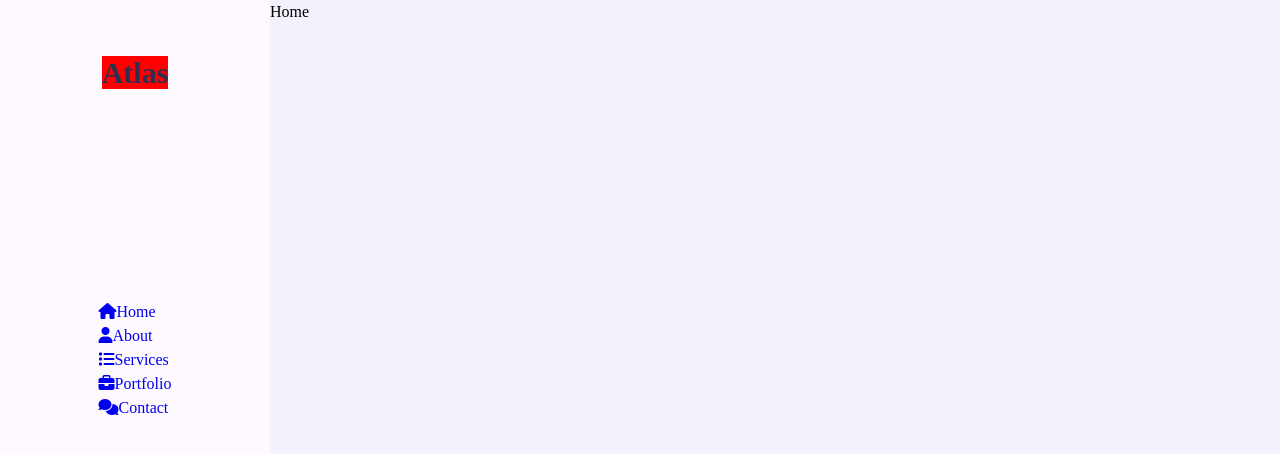
Repository: luanhoang0902/portfolio-ui
Page: index.html
These files come from the project's save history. The page is drawn as it stood at one moment and after the next save; the edit follows.
The browser window is 1280 px wide. The pictures show the whole page.
Some web fonts or font styles are not loaded; a fallback is used. Some web libraries are served in a nearby version.

Above is the page before, as saved 2022-06-02 14:12:30.

### index.html
<!DOCTYPE html>
<html lang="en">
  <head>
    <meta charset="UTF-8" />
    <meta http-equiv="X-UA-Compatible" content="IE=edge" />
    <meta name="viewport" content="width=device-width, initial-scale=1.0" />
    <title>Document</title>

    <!--  ===== CSS Files ===== -->
    <link rel="stylesheet" href="./css/style.css" />
    <link rel="stylesheet" href="./css/skins/color-1.css" />
    <link
      rel="stylesheet"
      href="https://cdnjs.cloudflare.com/ajax/libs/font-awesome/6.1.1/css/all.min.css"
    />
  </head>
  <body>
    <!--  ===== Main Container Start> ===== -->
    <div class="main-container">
      <!--  ===== Aside Start> ===== -->
      <div class="aside">
        <div class="logo">
          <a href="#"><span>A</span>tlas</a>
        </div>
        <ul class="nav">
          <li><a href="#"><i class="fa fa-home" class = "active"></i>Home</a></li>
          <li><a href="#"><i class="fa fa-user"></i>About</a></li>
          <li><a href="#"><i class="fa fa-list"></i>Services</a></li>
          <li><a href="#"><i class="fa fa-briefcase"></i>Portfolio</a></li>
          <li><a href="#"><i class="fa fa-comments"></i>Contact</a></li>
        </ul>
      </div>
      <!--  ===== Aside End> ===== -->
      <!--  ===== Main Content Start> ===== -->
      <div class="main-content">
        <!--  ===== Home Selection Start> ===== -->
        <section class="home section">Home</section>
        <!--  ===== Home Selection End> ===== -->
      </div>
       <!--  ===== Main Content End> ===== -->
    </div>
    <!--  ===== Main Container End> ===== -->
    <!--  ===== JS Files ===== -->
    <script src="js/script.js"></script>
  </body>
</html>

### css/style.css
/* import font chữ vào */
@import url('https://fonts.googleapis.com/css2?family=Clicker+Script&family=Montserrat:ital,wght@1,100&family=Poppins:ital,wght@0,200;0,300;0,400;0,500;1,600&display=swap');
/* Khai báo biến */
:root
{
    --bg-black-900: #f2f2fc;
    --bg-black-100: #fdf9ff;
    --bg-balck-50: #e8dfec;

    --text-black-900: #302e4d;
    --text-black-700: #504e70;
}

body
{
    line-height: 1.5;
    font-size: 16px;
    font-family: 'Poopins' sans-serif;
}

*
{
    margin: 0;
    padding: 0;
    outline: none;
    text-decoration: none;
    box-sizing: border-box;
}

::before,::after {
    box-sizing: border-box;
}

ul
{
    list-style: none;
}

.section
{
    background: var(--bg-black-900);
    min-height: 100vh;
    display: block;
    position: fixed;
    left: 270px;
    top: 0;
    right: 0;
    opacity: 1;
}

/* aside */
.aside
{
    position: fixed;
    left: 0;
    top: 0;

    display: flex;
    justify-content: center;
    align-items: center;

    width: 270px;

    background: var(--bg-black-100);

    padding: 30px;
    height: 100%;
    z-index: 10;
}
.aside .logo
{
    position: absolute;
    top: 50px;
    font-size: 30px;
    text-transform: capitalize;
}
.aside .logo a
{
    color: var(--text-black-900);
    font-weight: 700;
    background: red;
}

Loaded but not shown: css/skins/color-1.css (no copy from this time; the picture is the same without it); js/script.js (no copy from this time; the picture is the same without it)

After the next save:
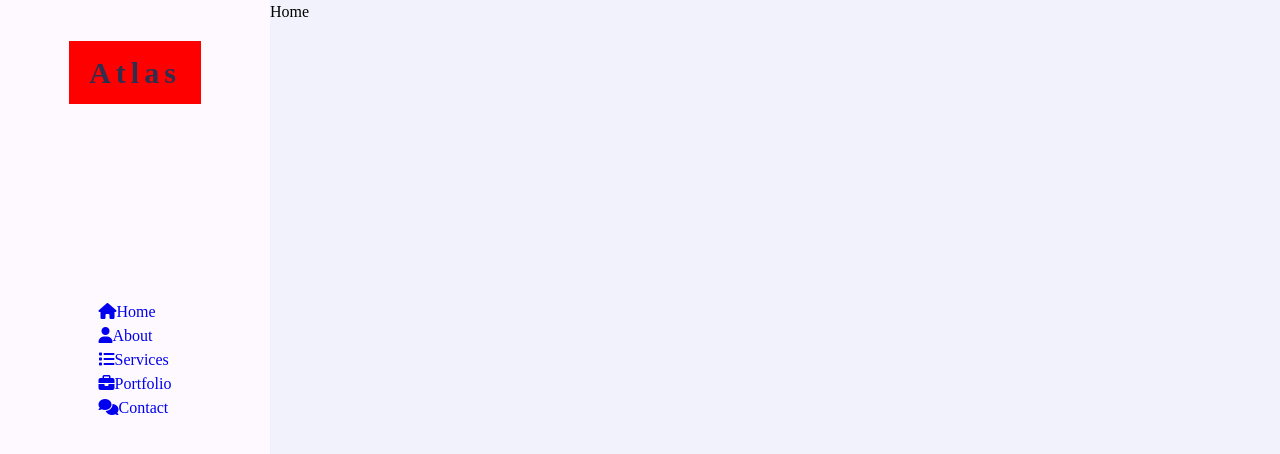
Saved 43 s later.
--- a/css/style.css
+++ b/css/style.css
@@ -79,4 +79,8 @@
     color: var(--text-black-900);
     font-weight: 700;
     background: red;
+
+    padding: 15px 20px;
+    font-size:30px;
+    letter-spacing: 5px;
 }
